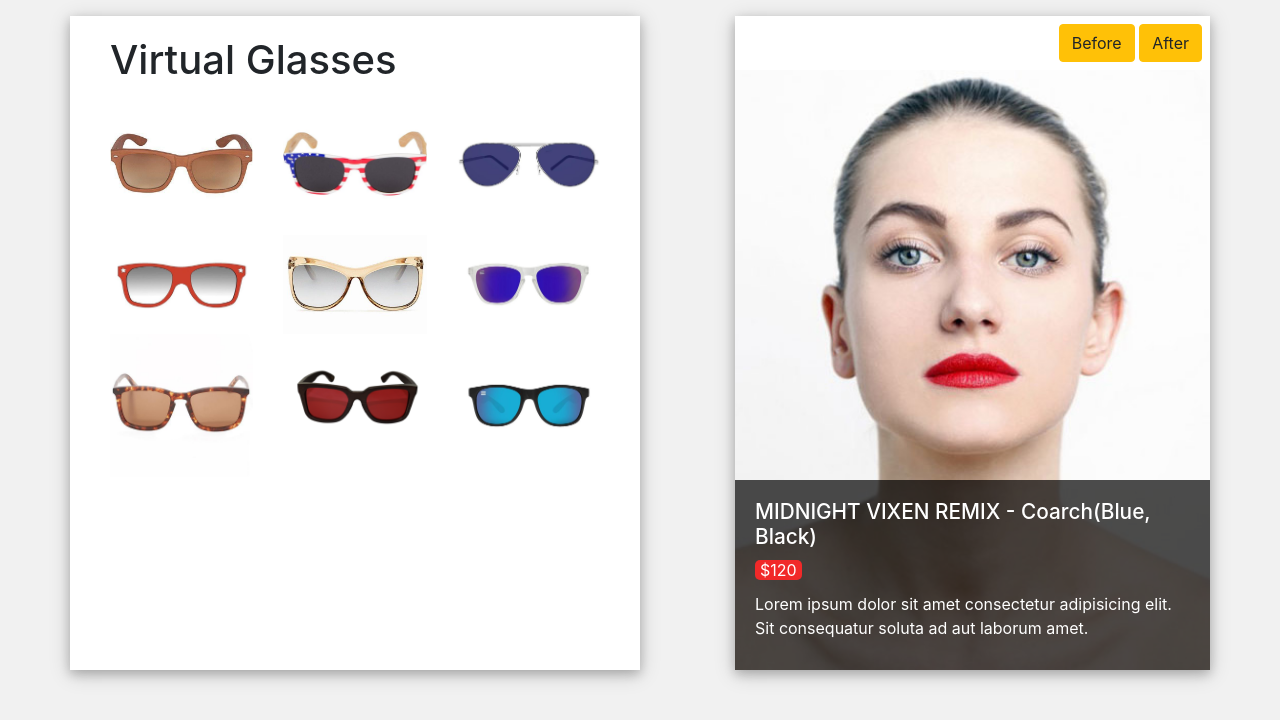
Repository: Khoi300399/BC35E_ES6_B2_MaThanhKhoi
Page: index.html
The author's editor kept a copy of each file at every save. The page is drawn from the files as they stood at one save, then again after the next save.
The browser window is 1280 px wide. The pictures show the whole page.

Above is the page before, as saved 2022-10-21 23:46:15.

After the next save:
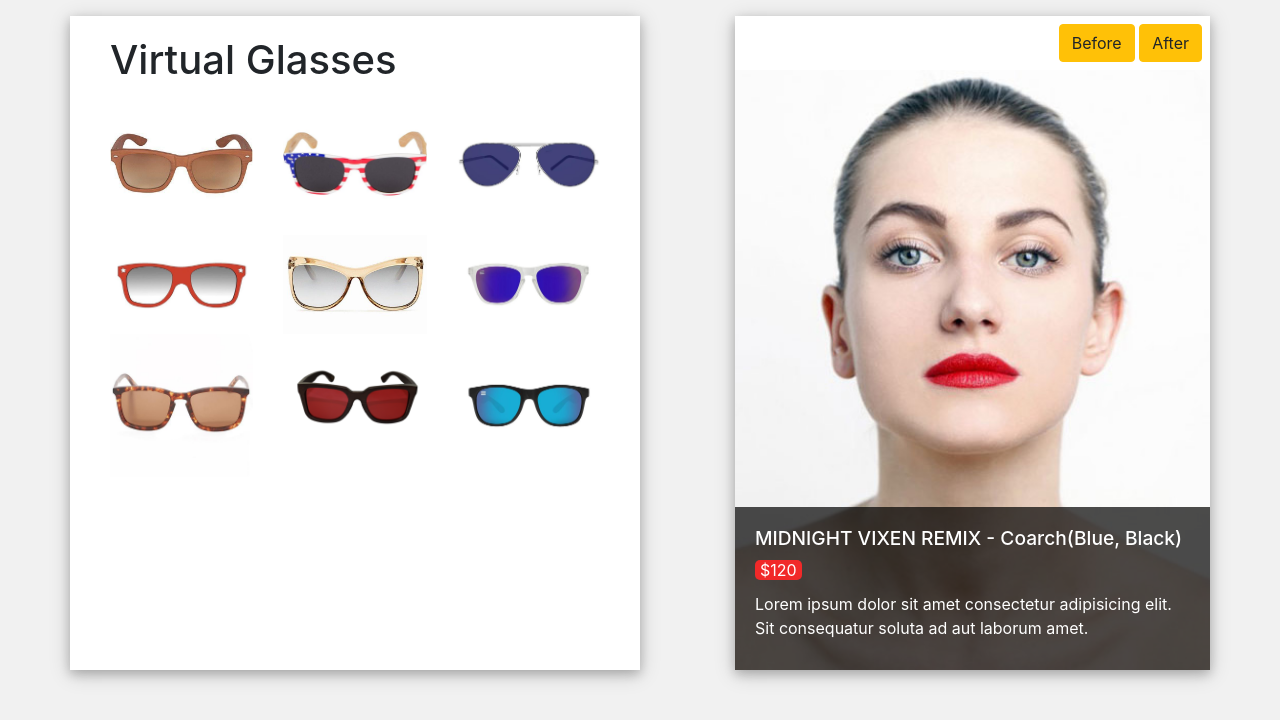
Saved 8 s later.
--- a/css/index.css
+++ b/css/index.css
@@ -63,7 +63,7 @@ body {
 }
 
 .vglasses__info h3 {
-  font-size: 1.3rem;
+  font-size: 1.2rem;
 }
 
 .vglasses__info span {
